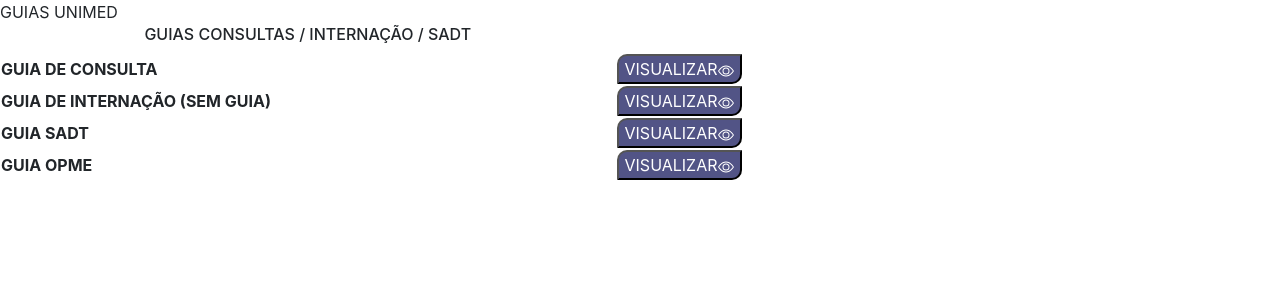
Repository: Leandromarim/INTRANET_PARTICULAR
Page: guiasUnimed.html
The author's editor kept a copy of each file at every save. The page is drawn from the files as they stood at one save, then again after the next save.
The browser window is 1280 px wide. The pictures show the whole page.

Above is the page before, as saved 2021-12-29 14:11:28.
Not found: ajax.js

### guiasUnimed.html
<!DOCTYPE html>
<html lang="pt-br">

<head>
    <meta charset="UTF-8" />
    <meta http-equiv="X-UA-Compatible" content="IE=edge" />
    <meta name="viewport" content="width=device-width, initial-scale=1.0" />
    <link rel="stylesheet" href="./assets/css/bootstrap-grid.css" />
    <link rel="stylesheet" href="./assets/css/bootstrap-grid.min.css" />
    <link rel="stylesheet" href="./assets/css/bootstrap.css" />
    <link rel="stylesheet" href="./assets/css/bootstrap.css" />
    <link rel="stylesheet" href="./assets/css/tables.css" />
    <link rel="stylesheet" href="./assets/css/body.css" />
    <link rel="stylesheet" href="https://stackpath.bootstrapcdn.com/bootstrap/4.1.3/css/bootstrap.min.css" integrity="sha384-MCw98/SFnGE8fJT3GXwEOngsV7Zt27NXFoaoApmYm81iuXoPkFOJwJ8ERdknLPMO" crossorigin="anonymous" />
    <link rel="icon" href="./image/ico/ico_ha.ico" />
    <title>Intranet 2.0</title>
</head>

<body>
    <header id="mainheader"></header>
    <main>
        <section class="container-titulo-tabela">
            <span class="titulo-docs">GUIAS UNIMED</span>
        </section>
        <div class="table-centralizado">
            <table class="col-sm-6 col-lg-8">
                <thead>
                    <th class="titulo-setor" colspan="2">
                        <h6>GUIAS CONSULTAS / INTERNAÇÃO / SADT</h6>
                    </th>
                </thead>
                <tbody class="col-sm-6 col-lg-8">
                    <tr>
                        <th class="titulo">GUIA DE CONSULTA</th>
                        <td><a href="#" target="self"><button type="button" class="btn-visualizar">VISUALIZAR<svg xmlns="http://www.w3.org/2000/svg" width="16" height="16" fill="currentColor" class="bi bi-eye" viewBox="0 0 16 16">
                    <path d="M16 8s-3-5.5-8-5.5S0 8 0 8s3 5.5 8 5.5S16 8 16 8zM1.173 8a13.133 13.133 0 0 1 1.66-2.043C4.12 4.668 5.88 3.5 8 3.5c2.12 0 3.879 1.168 5.168 2.457A13.133 13.133 0 0 1 14.828 8c-.058.087-.122.183-.195.288-.335.48-.83 1.12-1.465 1.755C11.879 11.332 10.119 12.5 8 12.5c-2.12 0-3.879-1.168-5.168-2.457A13.134 13.134 0 0 1 1.172 8z"/>
                    <path d="M8 5.5a2.5 2.5 0 1 0 0 5 2.5 2.5 0 0 0 0-5zM4.5 8a3.5 3.5 0 1 1 7 0 3.5 3.5 0 0 1-7 0z"/>
                  </svg></button></a></td>
                    </tr>
                    <tr>
                        <th class="titulo">GUIA DE INTERNAÇÃO (SEM GUIA)</th>
                        <td><a href="doc/guias/saudeitau_internacao.pdf"target="self"><button type="button" class="btn-visualizar">VISUALIZAR<svg xmlns="http://www.w3.org/2000/svg" width="16" height="16" fill="currentColor" class="bi bi-eye" viewBox="0 0 16 16">
                    <path d="M16 8s-3-5.5-8-5.5S0 8 0 8s3 5.5 8 5.5S16 8 16 8zM1.173 8a13.133 13.133 0 0 1 1.66-2.043C4.12 4.668 5.88 3.5 8 3.5c2.12 0 3.879 1.168 5.168 2.457A13.133 13.133 0 0 1 14.828 8c-.058.087-.122.183-.195.288-.335.48-.83 1.12-1.465 1.755C11.879 11.332 10.119 12.5 8 12.5c-2.12 0-3.879-1.168-5.168-2.457A13.134 13.134 0 0 1 1.172 8z"/>
                    <path d="M8 5.5a2.5 2.5 0 1 0 0 5 2.5 2.5 0 0 0 0-5zM4.5 8a3.5 3.5 0 1 1 7 0 3.5 3.5 0 0 1-7 0z"/>
                  </svg></button></a></td>
                    </tr>
                    <tr>
                        <th class="titulo">GUIA SADT</th>
                        <td><a href="doc/guias/unimed_sadt.pdf" target="self"><button type="button" class="btn-visualizar">VISUALIZAR<svg xmlns="http://www.w3.org/2000/svg" width="16" height="16" fill="currentColor" class="bi bi-eye" viewBox="0 0 16 16">
                    <path d="M16 8s-3-5.5-8-5.5S0 8 0 8s3 5.5 8 5.5S16 8 16 8zM1.173 8a13.133 13.133 0 0 1 1.66-2.043C4.12 4.668 5.88 3.5 8 3.5c2.12 0 3.879 1.168 5.168 2.457A13.133 13.133 0 0 1 14.828 8c-.058.087-.122.183-.195.288-.335.48-.83 1.12-1.465 1.755C11.879 11.332 10.119 12.5 8 12.5c-2.12 0-3.879-1.168-5.168-2.457A13.134 13.134 0 0 1 1.172 8z"/>
                    <path d="M8 5.5a2.5 2.5 0 1 0 0 5 2.5 2.5 0 0 0 0-5zM4.5 8a3.5 3.5 0 1 1 7 0 3.5 3.5 0 0 1-7 0z"/>
                  </svg></button></a></td>
                    </tr>
                    <tr>
                        <th class="titulo">GUIA OPME</th>
                        <td><a href="doc/guias/saudeitau_opme.pdf" target="self"><button type="button" class="btn-visualizar">VISUALIZAR<svg xmlns="http://www.w3.org/2000/svg" width="16" height="16" fill="currentColor" class="bi bi-eye" viewBox="0 0 16 16">
                    <path d="M16 8s-3-5.5-8-5.5S0 8 0 8s3 5.5 8 5.5S16 8 16 8zM1.173 8a13.133 13.133 0 0 1 1.66-2.043C4.12 4.668 5.88 3.5 8 3.5c2.12 0 3.879 1.168 5.168 2.457A13.133 13.133 0 0 1 14.828 8c-.058.087-.122.183-.195.288-.335.48-.83 1.12-1.465 1.755C11.879 11.332 10.119 12.5 8 12.5c-2.12 0-3.879-1.168-5.168-2.457A13.134 13.134 0 0 1 1.172 8z"/>
                    <path d="M8 5.5a2.5 2.5 0 1 0 0 5 2.5 2.5 0 0 0 0-5zM4.5 8a3.5 3.5 0 1 1 7 0 3.5 3.5 0 0 1-7 0z"/>
                  </svg></button></a></td>
                    </tr>
                </tbody>
            </table>
        </div>
        <br><br><br><br><br><br><br><br><br>
    </main>
    <footer id="mainfooter"></footer>
</body>
<script src="assets/js/bootstrap.js"></script>
<script src="ajax.js"></script>

</html>

### assets/css/tables.css
section.table-centralizado, thead{
    position: relative;
    display: flex;
    align-items: center;
    align-content: center;
    justify-content: center;
    justify-items: center;
}

.tabela {
    position: relative;
    display: flex;
    align-items: center;
    align-content: center;
    justify-items: center;
    justify-content: center;
}

thead h2.titulo-tabela {
    position: relative;
    display: flex;
    justify-content: center;
    justify-items: center;
    align-items: center;
    align-content: center;
}


main table.table {
    background-color: #fff;
}

th.celula,
td.coluna {
    color: #525486;
    text-transform: uppercase;
}

th {
    border-radius: 20px;
}

td .btn-visualizar {
    background-color: #525486;
    color: #fff;
    border-radius: 10px 0 10px 0;
}

td .btn-visualizar:hover {
    background-color: #fff;
    color: #525486;
}

### assets/css/body.css
.container-card {
    display: flex;
    position: relative;
    align-items: center;
    align-content: center;
    justify-content: center;
    justify-items: center;
}

.container-card img {
    border-radius: 20px 0 20px 0;
}

div.card {
    position: relative;
    display: flex;
    width: 20rem;
    margin: 5px;
    padding: 1px;
    background-color: #525486;
    border-radius: 20px 0 20px 0;
    top: 10px;
}

#card-text {
    display: flex;
    position: relative;
    color: white;
    align-content: center;
    align-items: center;
    justify-content: center;
    justify-items: center;
}

.titulo-docs h2 {
    position: relative;
    display: flex;
    justify-content: center;
    color: #525486;
}

Loaded but not shown: assets/css/bootstrap-grid.css (library); assets/css/bootstrap-grid.min.css (library); assets/css/bootstrap.css (library); assets/js/bootstrap.js (library)

After the next save:
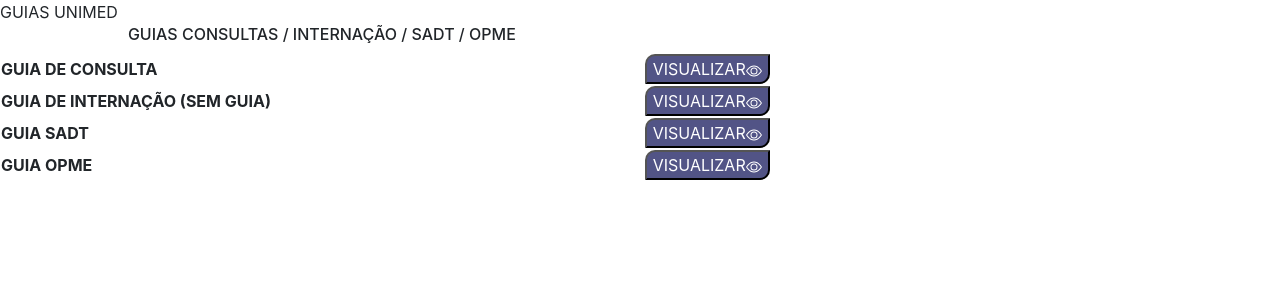
Saved 20 s later.
--- a/guiasUnimed.html
+++ b/guiasUnimed.html
@@ -26,7 +26,7 @@
             <table class="col-sm-6 col-lg-8">
                 <thead>
                     <th class="titulo-setor" colspan="2">
-                        <h6>GUIAS CONSULTAS / INTERNAÇÃO / SADT</h6>
+                        <h6>GUIAS CONSULTAS / INTERNAÇÃO / SADT / OPME</h6>
                     </th>
                 </thead>
                 <tbody class="col-sm-6 col-lg-8">
